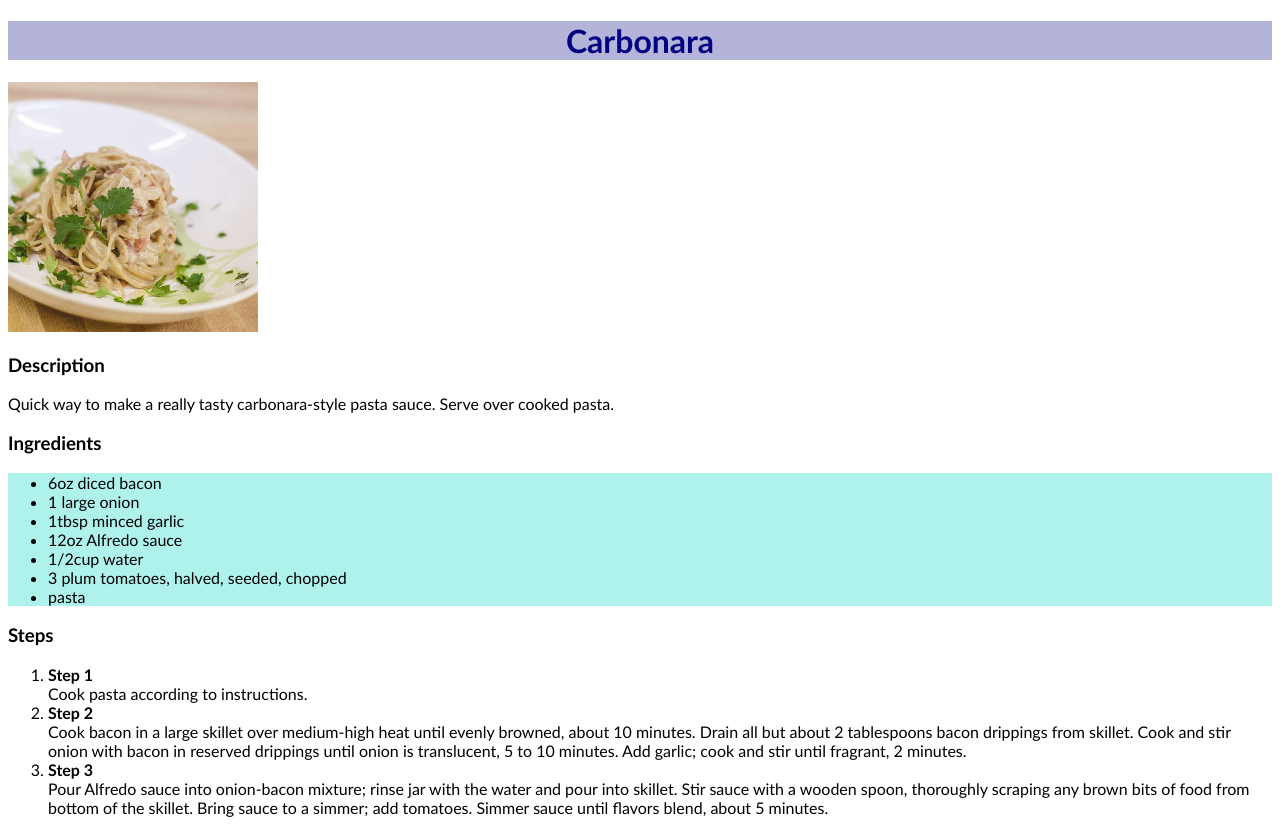
Repository: evemcd/odin_project
Page: odin-project1-recipes/recipes/carbonara.html
An editor plug-in stored every save of this project. The page is shown before and after the next save, followed by the edit.
The browser window is 1280 px wide. The pictures show the whole page.

Above is the page before, as saved 2022-02-01 13:20:21.

### odin-project1-recipes/recipes/carbonara.html
<!DOCTYPE html>
<html lang="en">
<head>
    <meta charset="UTF-8">
    <title>Carbonara</title>
    <link rel="stylesheet" href="../style.css">
</head>
<body>
    <h1>Carbonara</h1>
    <img src="../images/carbonara.jfif" alt="Carbonara">
    <h3>Description</h3>
    <p>Quick way to make a really tasty carbonara-style pasta sauce. Serve over cooked pasta.</p>
    <h3>Ingredients</h3>
    <ul>
        <li>6oz diced bacon</li>
        <li>1 large onion</li>
        <li>1tbsp minced garlic</li>
        <li>12oz Alfredo sauce</li>
        <li>1/2cup water</li>
        <li>3 plum tomatoes, halved, seeded, chopped</li>
        <li>pasta</li>
    </ul>
    <h3>Steps</h3>
    <ol>
        <li><strong>Step 1</strong><br>Cook pasta according to instructions.</li>
        <li><strong>Step 2</strong><br>Cook bacon in a large skillet over medium-high heat until evenly browned, about 10 minutes. Drain all but about 2 tablespoons bacon drippings from skillet. Cook and stir onion with bacon in reserved drippings until onion is translucent, 5 to 10 minutes. Add garlic; cook and stir until fragrant, 2 minutes.</li>
        <li><strong>Step 3</strong><br>Pour Alfredo sauce into onion-bacon mixture; rinse jar with the water and pour into skillet. Stir sauce with a wooden spoon, thoroughly scraping any brown bits of food from bottom of the skillet. Bring sauce to a simmer; add tomatoes. Simmer sauce until flavors blend, about 5 minutes.</li>
    </ol>
</body>
</html>

### odin-project1-recipes/style.css
* {
    font-family: 'Trebuchet MS', 'Lucida Sans Unicode', 'Lucida Grande', 'Lucida Sans', Arial, sans-serif;
}

h1 {
    text-align: center;
    color: navy;
    background-color: rgba(0, 0, 128, 0.295);
}

ul {
    background-color: rgba(64, 224, 208, 0.425);
}

img {
    width: 250px;
    height: auto;
}

After the next save:
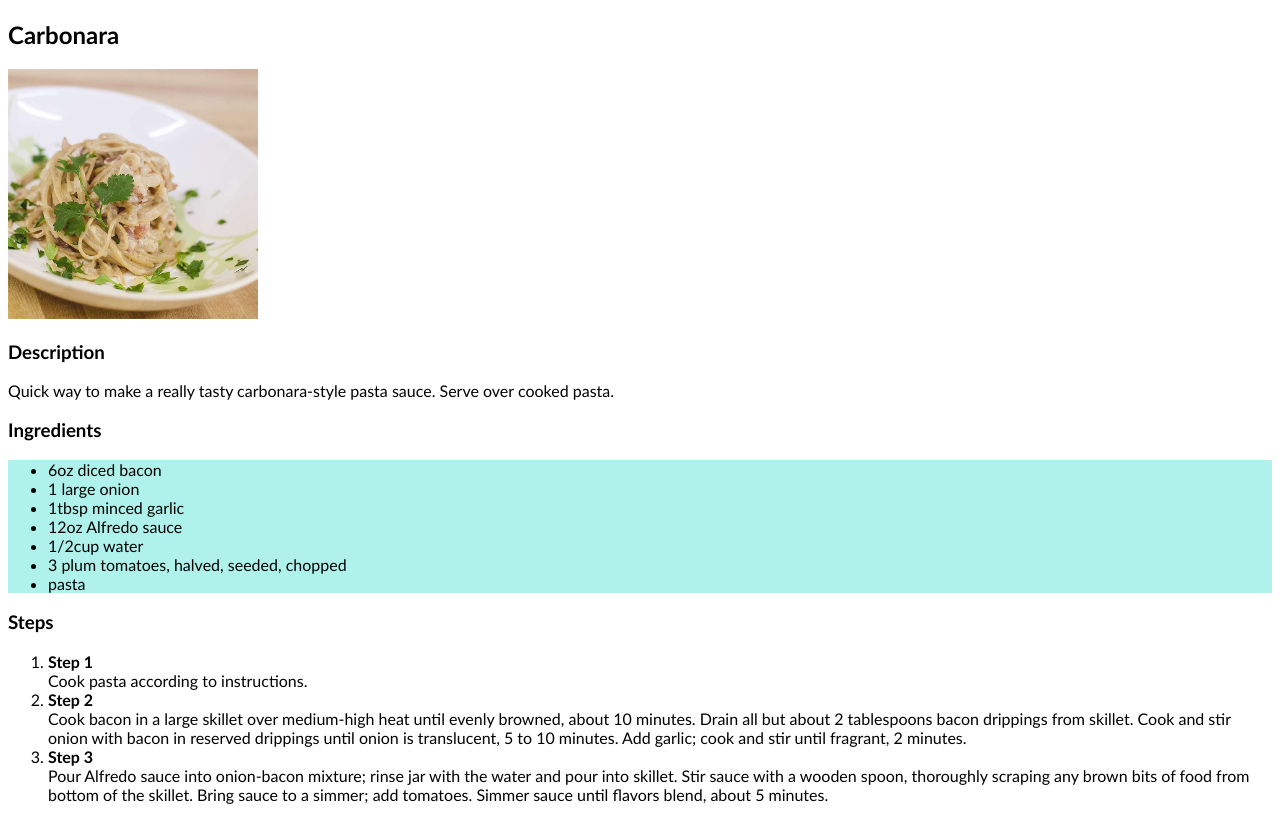
Saved 27 s later.
--- a/odin-project1-recipes/recipes/carbonara.html
+++ b/odin-project1-recipes/recipes/carbonara.html
@@ -6,7 +6,7 @@
     <link rel="stylesheet" href="../style.css">
 </head>
 <body>
-    <h1>Carbonara</h1>
+    <h2>Carbonara</h2>
     <img src="../images/carbonara.jfif" alt="Carbonara">
     <h3>Description</h3>
     <p>Quick way to make a really tasty carbonara-style pasta sauce. Serve over cooked pasta.</p>
